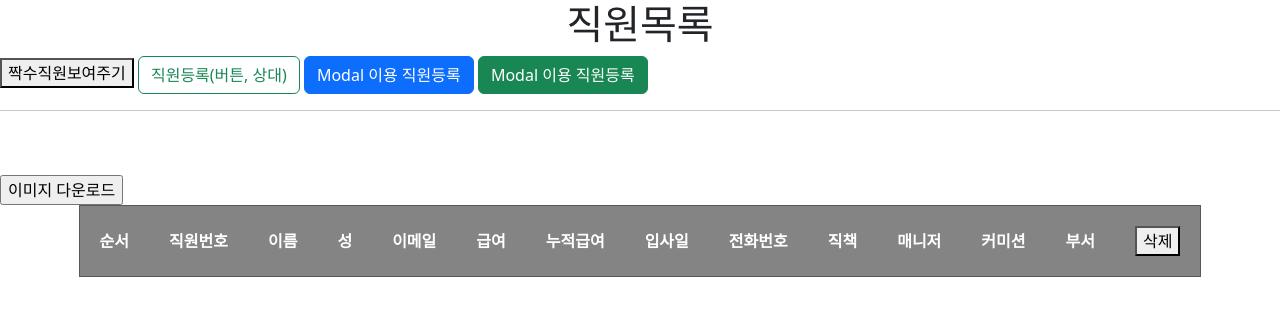
Repository: leessol/spring1
Page: http://localhost/springMVCProject/WEB-INF/views/emp/empSelect.jsp
The author's editor kept a copy of each file at every save. The page is drawn from the files as they stood at one save, then again after the next save.
The browser window is 1280 px wide. The pictures show the whole page.
The page is served by Tomcat 9. Nobody is signed in. Other server files are loaded and not shown. The template is opened directly, without the code that normally fills it, so the values that code supplies are empty.

Above is the page before, as saved 2023-05-08 03:25:20.

### springMVCProject/src/main/webapp/WEB-INF/views/emp/empSelect.jsp

<%@page import="com.shinhan.vo.EmpVO"%>
<%@page import="java.util.List"%>
<%@ page language="java" contentType="text/html; charset=UTF-8"
	pageEncoding="UTF-8"%>
<%@ taglib prefix="c" uri="http://java.sun.com/jsp/jstl/core"%>
<c:set var="path" value="${pageContext.request.contextPath }" />
<%@ taglib prefix="fmt" uri="http://java.sun.com/jsp/jstl/fmt"%>

<!-- 문자열 함수 라이브러리 사용하기 -->
<%@ taglib prefix="fn" uri="http://java.sun.com/jsp/jstl/functions"%>
<%
//자바를 다 없애야하는데 view에서 아래의 문법은 어쩔 수 없다.
//형변환 해야한다. 왜냐면 오르쪽은 그냥 object 타입이어서. (object(부모)에서 자식으로 강제 형변환)
//view이다 자바를 하면 안된다. --> 원래는 html만 있어야 한다.
//MVC1모델 servlet(controller)가 view를 안 거치고 바로 client에 뿌려주는 것이다. 이렇게 하면 안됨.
//List<EmpVO> empList = (List<EmpVO>) request.getAttribute("empAll");//request.setAttribute("empAll", emplist); 서블릿 페이지에서 세팅을 한것을 받는 것이다.
%>
<!DOCTYPE html>
<html>
<head>
<meta charset="UTF-8">
<title>Insert title here</title>

<%@ include file="../common/commonfiles.jsp"%>
<style>
#container {

}

table {
	border: 1px solid #585858;
	margin: 0 auto;
}

h1 {
	font-size: 20;
	text-align: center;
}

th, td {
	padding: 20px;
	text-align: center;
}

th {
	color: white;
}

td {
	background-color: #F2F2F2;
}

tr th {
	background-color: #848484;
}
</style>

<script>
	$(function() {
		$(".btnDel").on("click", function() {
			console.log("Sss");
			location.href = "${path}/emp/empDelete.do?empid=" + $(this).attr("data-del"); //get 방식
		});
	});

	$(function() {
		$("thead tr th").click(function(e) {
			//내가 클릭한 th가 몇번째인가?
			var trNum = $(this).closest("th").prevAll().length;
			console.log(trNum);
			var a = $("tbody tr").each(function(index, item) {
				var col = $(item).find("td:nth-child(" + (trNum + 1) + ")");
				console.dir(col);
				//되돌리기(기존선택을 clear)
				$(item).find("td").css("background-color", "white");
				//신규선택의 색깔 바꾸기
				$(col).css("background-color", "orange");
			});
		});
	});

	$(function() {
		$("#my1").click(
				function() {
					$("tbody").each(
							function(index, item) {
								//$(item).css("background-color", "red");
								$(item).find("tr:nth-child(2n+1)").css(
										"background-color", "green");
								//$(item).find("td").css("background-color", "green");
							});

				});

		//#container > table > tbody > tr:nth-child(1) > td:nth-child(2)
	});
</script>
</head>
<body>
	<div id="container">
		<h1>직원목록</h1>
		<!-- include 지시자: 합쳐서 컴파일한다. include 디렉티브는 소스를 합쳐서 컴파일한다.  -->
		<%-- <%@ include file="../common/header.jsp" %> --%>
		<!-- include action tag 이용: 컴파일하고 합침 -->

		<button id="my1">짝수직원보여주기</button>
		<button onclick="location.href='${path}/emp/empinsert.do'"
			type="button" class="btn btn-outline-success">직원등록(버튼, 상대)</button>
		<button type="button" class="btn btn-primary" data-bs-toggle="modal"
			data-bs-target="#exampleModal" data-bs-whatever="@mdo">Modal
			이용 직원등록</button>
		<button type="button" class="btn btn-success" data-bs-toggle="modal"
			data-bs-target="#exampleModal" data-bs-whatever="@mdo">Modal
			이용 직원등록</button>

		<hr>

		<form method="post" action="${path }/downloadTest/result.jsp">
			<!-- 이름이 가는 것이다.  -->
			<input type=hidden name="param1" value="watch.jpg" /> <br> <input
				type=hidden name="param2" value="umbrella.jpg" /> <br> <input
				type="submit" value="이미지 다운로드">
		</form>


		<table>
			<thead>
				<tr>
					<th>순서</th>
					<th>직원번호</th>
					<th>이름</th>
					<th>성</th>
					<th>이메일</th>
					<th>급여</th>
					<th>누적급여</th>
					<th>입사일</th>
					<th>전화번호</th>
					<th>직책</th>
					<th>매니저</th>
					<th>커미션</th>
					<th>부서</th>
					<th><button>삭제</button></th>
				</tr>
			</thead>
			<tbody>
				<!--
						<향상된 forEach>
						--for(EmpVO emp: empAll) //이것이랑 같은 의미
				-->
				<c:set var="totalSalary" value="0"></c:set>
				<c:forEach items="${empAll}" var="emp" varStatus="status">
					<c:set var="totalSalary" value="${totalSalary+emp.salary}"></c:set>
					<tr>
						<td
							style="background-color:${status.first||status.last?'orange':'pink'};">${status.count}</td>
						<td><a
							href="${path}/emp/empDetail.do?empid=${emp.employee_id}">${emp.employee_id}</a></td>
						<td><a
							style="color:${fn:length(emp.first_name)>3?'red':'blue'};"
							href="${path}/emp/empDetail.do?empid=${emp.employee_id}">${emp.first_name}</a></td>
						<td>${emp.last_name}</td>
						<td>${emp.email}${fn:substring(emp.email,0,3)}**
							${fn:indexOf(emp.email,"@")}**
							${fn:indexOf(emp.email,"@")>=0?fn:substring(emp.email,0,3):emp.email}
							<%-- ${fn:substring(emp.email,0,${fn:emp.email.indexOf("@")>0?emp.email.indexOf("@"):emp.email.length()})} --%>
						</td>
						<td>${totalSalary}</td>
						<td><fmt:formatNumber value="${emp.salary}"
								groupingUsed="true"></fmt:formatNumber></td>
						<td><fmt:formatDate value="${emp.hire_date}"
								pattern="yyyy/MM/dd" /></td>

						<td>${emp.phone_number}</td>
						<td>${emp.job_id}</td>
						<td>${emp.manager_id}</td>
						<td>${emp.commission_pct}</td>
						<td><fmt:formatNumber type="percent"
								value="${emp.commission_pct}"></fmt:formatNumber></td>
						<td>${emp.department_id}</td>
						<td><button class="btnDel" data-del="${emp.employee_id}">삭제</button></td>
					</tr>

				</c:forEach>


				<%-- <%
				for (EmpVO emp : empList) {
				%>
				<tr>
					<td><a href="empDetail.do?empid=<%=emp.getEmployee_id()%>"><%=emp.getEmployee_id()%></a></td>
					<td><a href="empDetail.do?empid=<%=emp.getEmployee_id()%>"><%=emp.getFirst_name()%></a></td>
					<td><%=emp.getLast_name()%></td>
					<td><%=emp.getEmail()%></td>
					<td><%=emp.getSalary()%></td>
					<td><%=emp.getHire_date()%></td>
					<td><%=emp.getPhone_number()%></td>
					<td><%=emp.getJob_id()%></td>
					<td><%=emp.getManager_id()%></td>
					<td><%=emp.getCommission_pct()%></td>
					<td><%=emp.getDepartment_id()%></td>
					<td><button class="btnDel" data-del="<%=emp.getEmployee_id()%>">삭제</button></td>

				</tr>
				<%
				}
				%> --%>
			</tbody>
		</table>
	</div>
</body>
</html>

### springMVCProject/src/main/webapp/WEB-INF/views/common/commonfiles.jsp
<%@ page language="java" contentType="text/html; charset=UTF-8"
    pageEncoding="UTF-8"%>
<meta name="viewport" content="width=device-width, initial-scale=1">
<link
href="https://cdn.jsdelivr.net/npm/bootstrap@5.2.3/dist/css/bootstrap.min.css"
rel="stylesheet">
<script
src="https://cdn.jsdelivr.net/npm/bootstrap@5.2.3/dist/js/bootstrap.bundle.min.js"></script>
<script src="https://ajax.googleapis.com/ajax/libs/jquery/3.6.3/jquery.min.js"></script>

After the next save:
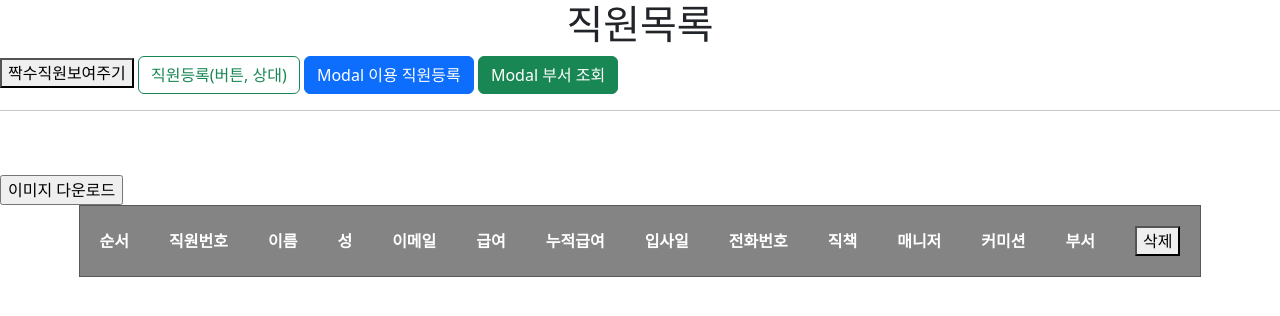
Saved 7 s later.
--- a/springMVCProject/src/main/webapp/WEB-INF/views/emp/empSelect.jsp
+++ b/springMVCProject/src/main/webapp/WEB-INF/views/emp/empSelect.jsp
@@ -112,7 +112,7 @@ tr th {
 			이용 직원등록</button>
 		<button type="button" class="btn btn-success" data-bs-toggle="modal"
 			data-bs-target="#exampleModal" data-bs-whatever="@mdo">Modal
-			이용 직원등록</button>
+			부서 조회</button>
 
 		<hr>
 
